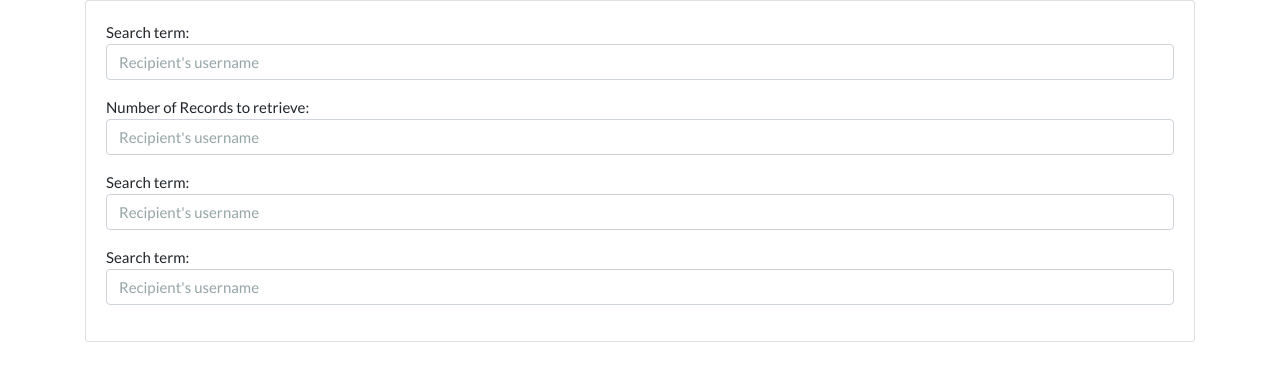
Repository: broganneagle/NYTSearch
Page: index.html
The author's editor kept a copy of each file at every save. The page is drawn from the files as they stood at one save, then again after the next save.
The browser window is 1280 px wide. The pictures show the whole page.
Some web libraries are served in a nearby version.

Above is the page before, as saved 2020-06-26 13:44:27.

### index.html
<!DOCTYPE html>
<html lang="en">

<head>
    <meta charset="UTF-8">
    <meta name="viewport" content="width=device-width, initial-scale=1.0">
    <title>NYT Search</title>
    <link rel="stylesheet" href="https://stackpath.bootstrapcdn.com/bootstrap/4.3.1/css/bootstrap.min.css" />
    <link href="https://stackpath.bootstrapcdn.com/bootswatch/4.5.0/flatly/bootstrap.min.css" rel="stylesheet"
        integrity="sha384-mhpbKVUOPCSocLzx2ElRISIORFRwr1ZbO9bAlowgM5kO7hnpRBe+brVj8NNPUiFs" crossorigin="anonymous">
</head>

<body>
    <div class=container>
        <div class="card">
            <div class="card-body">
                Search term:
                <div class="input-group mb-3">
                    <input type="text" class="form-control" placeholder="Recipient's username"
                        aria-label="Recipient's username" aria-describedby="button-addon2">
                </div>

                    Number of Records to retrieve:
                    <div class="input-group mb-3">

                        <input type="text" class="form-control" placeholder="Recipient's username"
                            aria-label="Recipient's username" aria-describedby="button-addon2">
                    </div>

                    Search term:
                    <div class="input-group mb-3">
                        <input type="text" class="form-control" placeholder="Recipient's username"
                            aria-label="Recipient's username" aria-describedby="button-addon2">

                    </div>

                    Search term:
                    <div class="input-group mb-3">
                        <input type="text" class="form-control" placeholder="Recipient's username"
                            aria-label="Recipient's username" aria-describedby="button-addon2">


                    </div>
                </div>

</body>

</html>

After the next save:
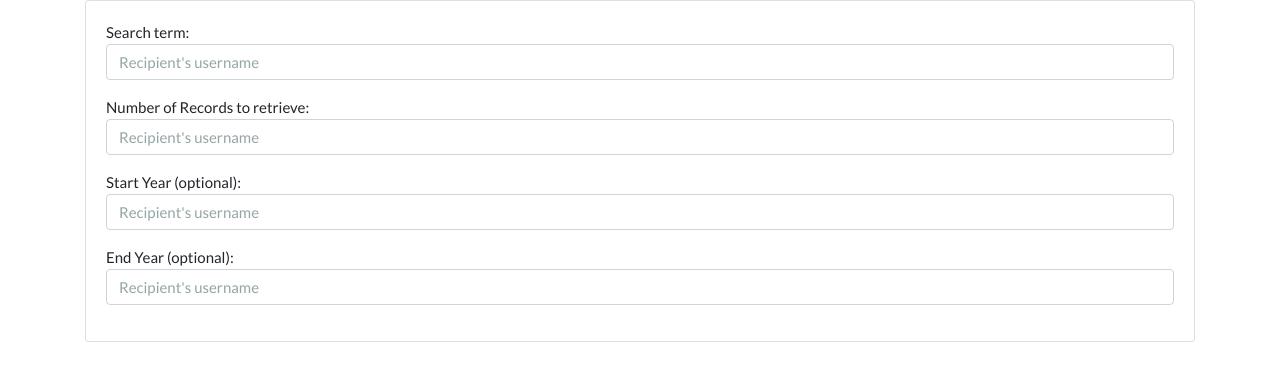
Saved 93 s later.
--- a/index.html
+++ b/index.html
@@ -27,14 +27,13 @@
                             aria-label="Recipient's username" aria-describedby="button-addon2">
                     </div>
 
-                    Search term:
+                    Start Year (optional):
                     <div class="input-group mb-3">
                         <input type="text" class="form-control" placeholder="Recipient's username"
                             aria-label="Recipient's username" aria-describedby="button-addon2">
-
                     </div>
 
-                    Search term:
+                    End Year (optional):
                     <div class="input-group mb-3">
                         <input type="text" class="form-control" placeholder="Recipient's username"
                             aria-label="Recipient's username" aria-describedby="button-addon2">
